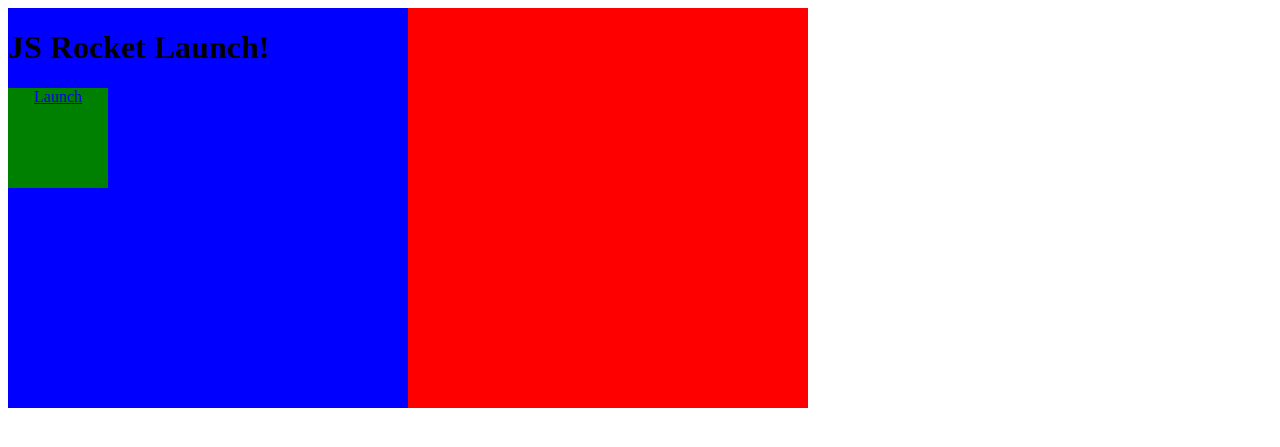
Repository: alcarrizo/Rocket-launch
Page: index.html
These files come from the project's save history. The page is drawn as it stood at one moment and after the next save; the edit follows.
The browser window is 1280 px wide. The pictures show the whole page.

Above is the page before, as saved 2022-10-19 19:17:01.

After the next save:
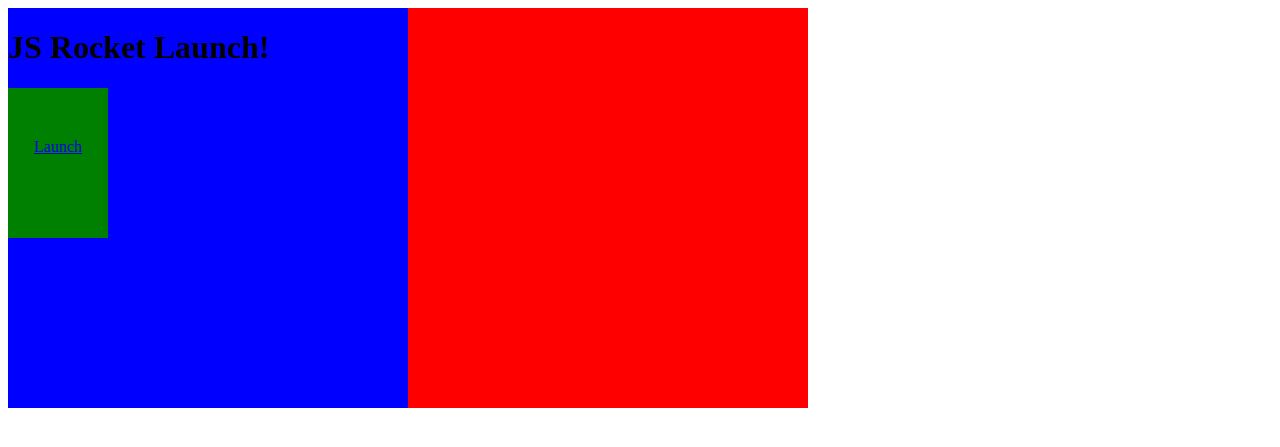
Saved 36 s later.
--- a/css/style.css
+++ b/css/style.css
@@ -17,6 +17,7 @@ body {
 a.button {
     display: block;
     text-align: center;
+    padding-top: 50px;
     height: 100px;
     width: 100px;
     background-color: green;
